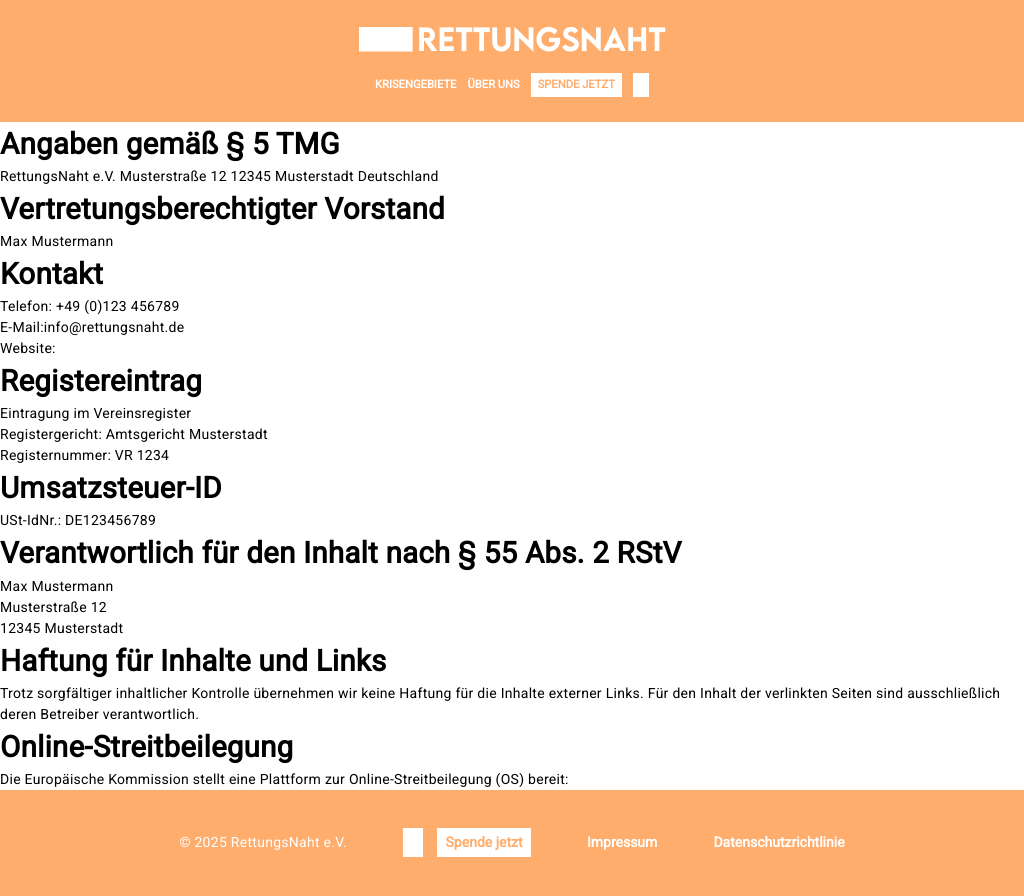
Repository: chriZVee/rettungsnaht
Page: /imprint
An editor plug-in stored every save of this project. The page is shown before and after the next save, followed by the edit.
The browser window is 1024 px wide. The pictures show the whole page.
The project was rebuilt for these pictures with package versions that can differ from the ones it lists, and the page was loaded fresh each time. Also part of the build but not shown: vite.config.js, src/index.css, src/styles/hero.css, src/components/Hero.jsx, src/styles/form.css, src/components/form/AreaSelection.jsx, src/components/form/ContactData.jsx, src/components/form/DonationMethod.jsx and 15 more.

Above is the page before, as saved 2025-04-14 11:36:18.

After the next save:
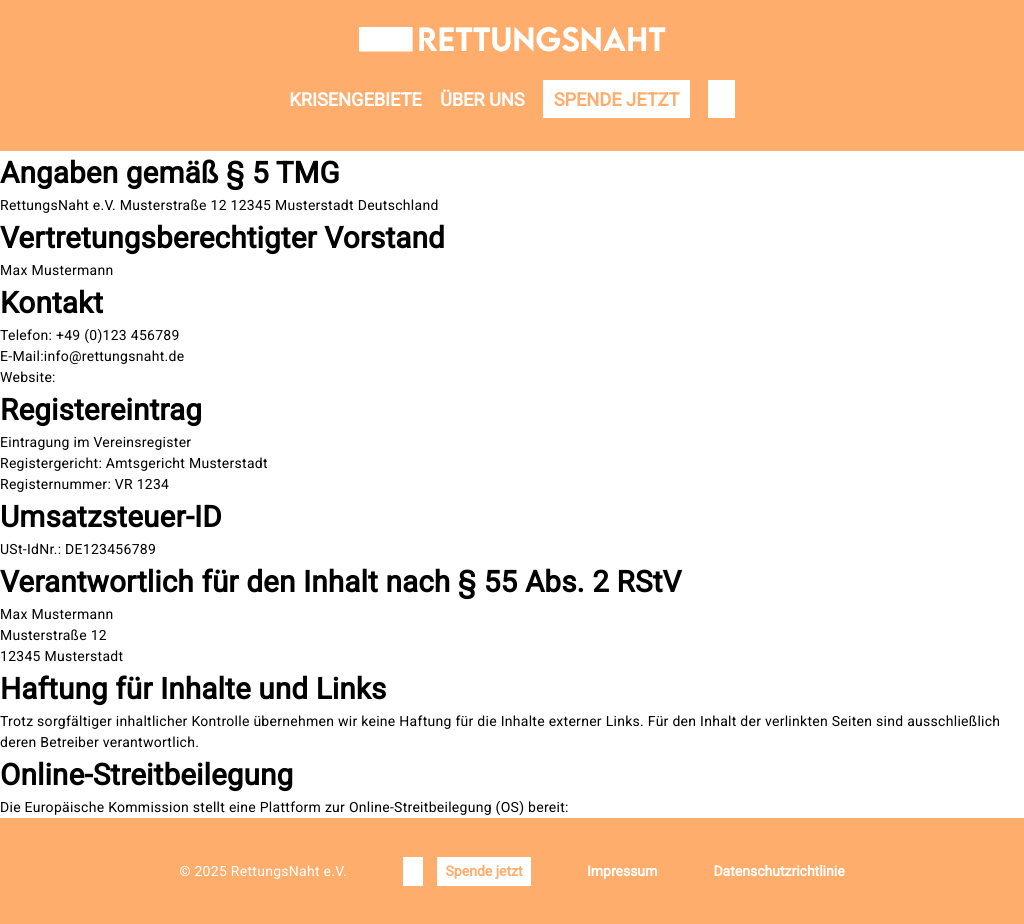
Saved 14 s later.
--- a/src/styles/header.css
+++ b/src/styles/header.css
@@ -34,7 +34,7 @@
 }
 @media (max-width: 1024px) {
   .nav-bar {
-    font-size: var(--font-small);
+    font-size: var(--font-medium);
   }
 }
 @media (max-width: 768px) {

After the save that followed:
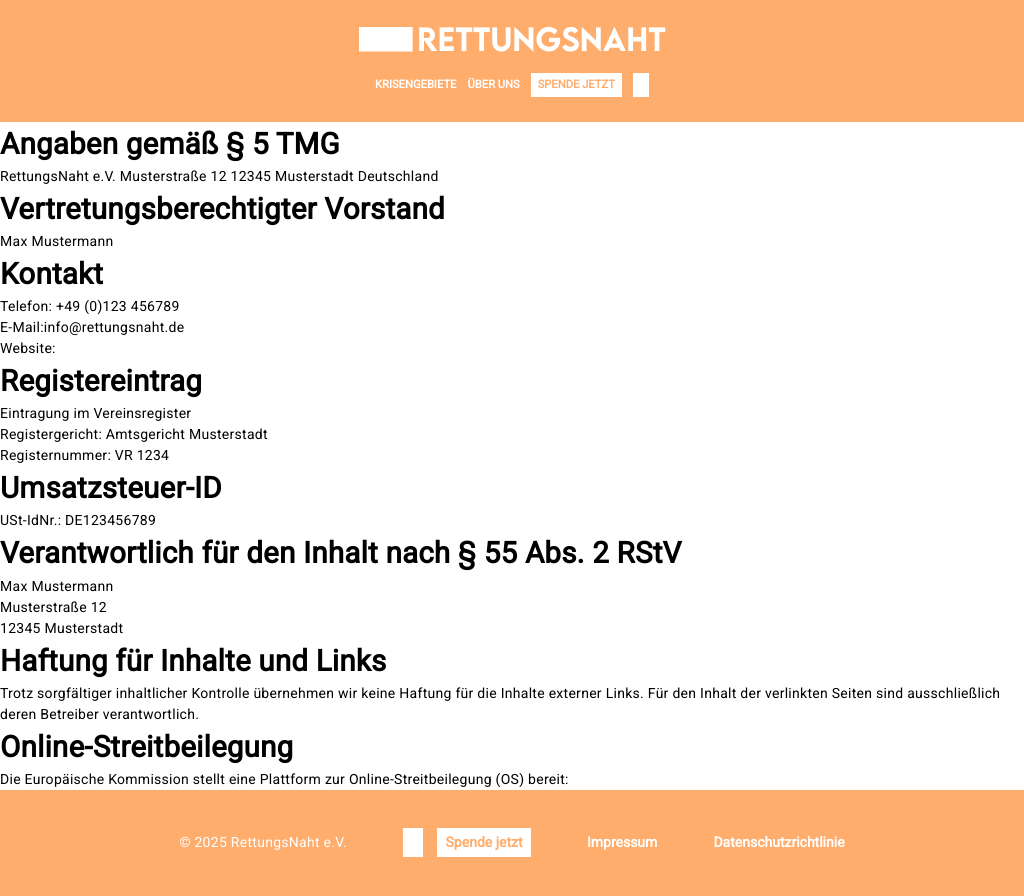
Saved 8 s later.
--- a/src/styles/header.css
+++ b/src/styles/header.css
@@ -34,7 +34,7 @@
 }
 @media (max-width: 1024px) {
   .nav-bar {
-    font-size: var(--font-medium);
+    font-size: var(--font-small);
   }
 }
 @media (max-width: 768px) {
